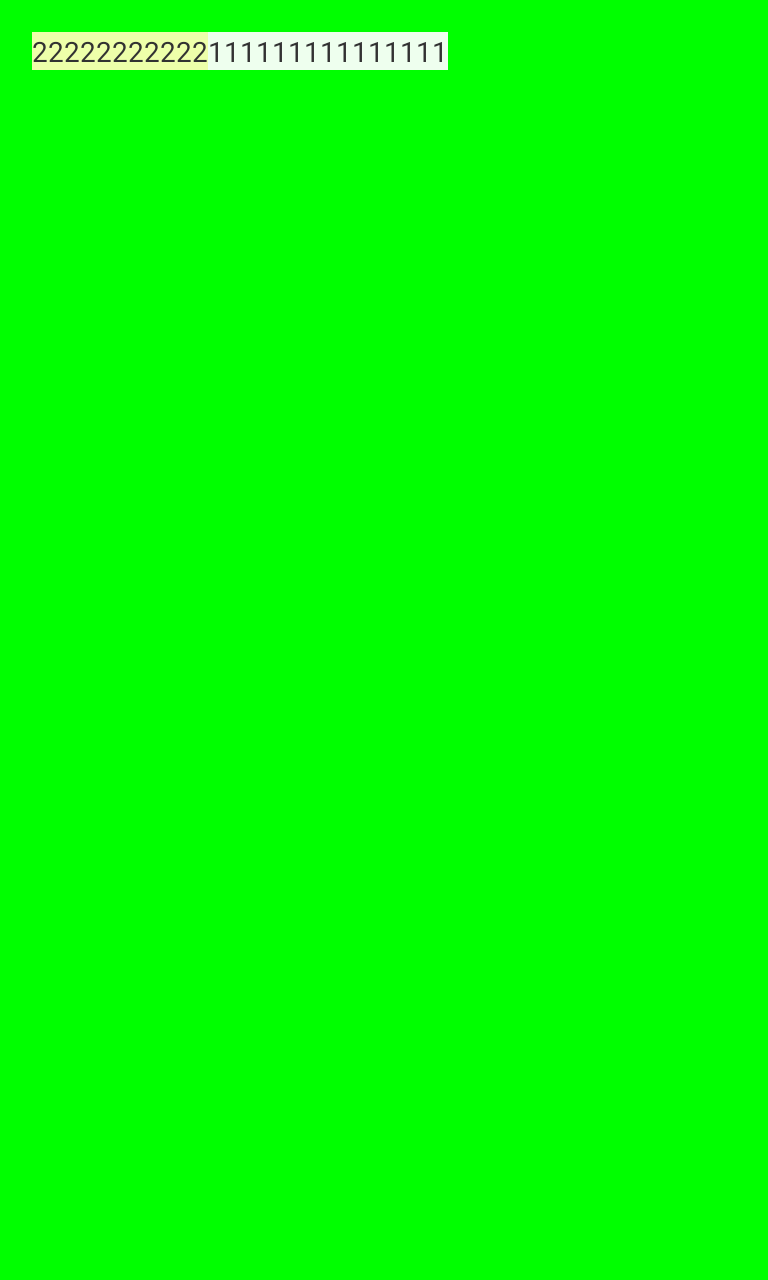
Repository: founderzhl/MarsAndroid
Layout: S01_E12_Weight/res/layout/activity_main.xml
The author's editor kept a copy of each file at every save. The layout is drawn from the files as they stood at one save, then again after the next save.
It is drawn on a 768 x 1280 px phone screen (xhdpi) without system bars, with theme AppTheme; the app's code is not run.

Above is the layout before, as saved 2015-01-15 16:06:11.

### S01_E12_Weight/res/layout/activity_main.xml
<LinearLayout xmlns:android="http://schemas.android.com/apk/res/android"
    xmlns:tools="http://schemas.android.com/tools"
    android:layout_width="match_parent"
    android:layout_height="match_parent"
    android:background="#00ff00"
    android:orientation="vertical"
    android:paddingBottom="@dimen/activity_vertical_margin"
    android:paddingLeft="@dimen/activity_horizontal_margin"
    android:paddingRight="@dimen/activity_horizontal_margin"
    android:paddingTop="@dimen/activity_vertical_margin"
    tools:context="com.example.s01_e12_weight.MainActivity" >

    <LinearLayout
        android:layout_width="match_parent"
        android:layout_height="match_parent" >

        <TextView
            android:layout_width="wrap_content"
            android:layout_height="wrap_content"
            android:background="#eeffaa"
            android:text="22222222222" />

        <TextView
            android:layout_width="wrap_content"
            android:layout_height="wrap_content"
            android:background="#eeffee"
            android:text="111111111111111" />

    </LinearLayout>



    <LinearLayout
        android:layout_width="match_parent"
        android:layout_height="match_parent" >
        <TextView
            android:layout_width="wrap_content"
            android:layout_height="wrap_content"
            android:layout_weight="1"
            android:background="#eeffaa"
            android:text="22222222222" />

        <TextView
            android:layout_width="wrap_content"
            android:layout_height="wrap_content"
            android:layout_weight="1"
            android:background="#eeffee"
            android:text="111111111111111" />

    </LinearLayout>

</LinearLayout>

Loaded but not shown: S01_E12_Weight/res/values/styles.xml (common file); S01_E12_Weight/res/values-v11/styles.xml (common file); S01_E12_Weight/res/values-v14/styles.xml (common file); S01_E12_Weight/res/values/dimens.xml (common file); S01_E12_Weight/res/values-w820dp/dimens.xml (common file)

After the next save:
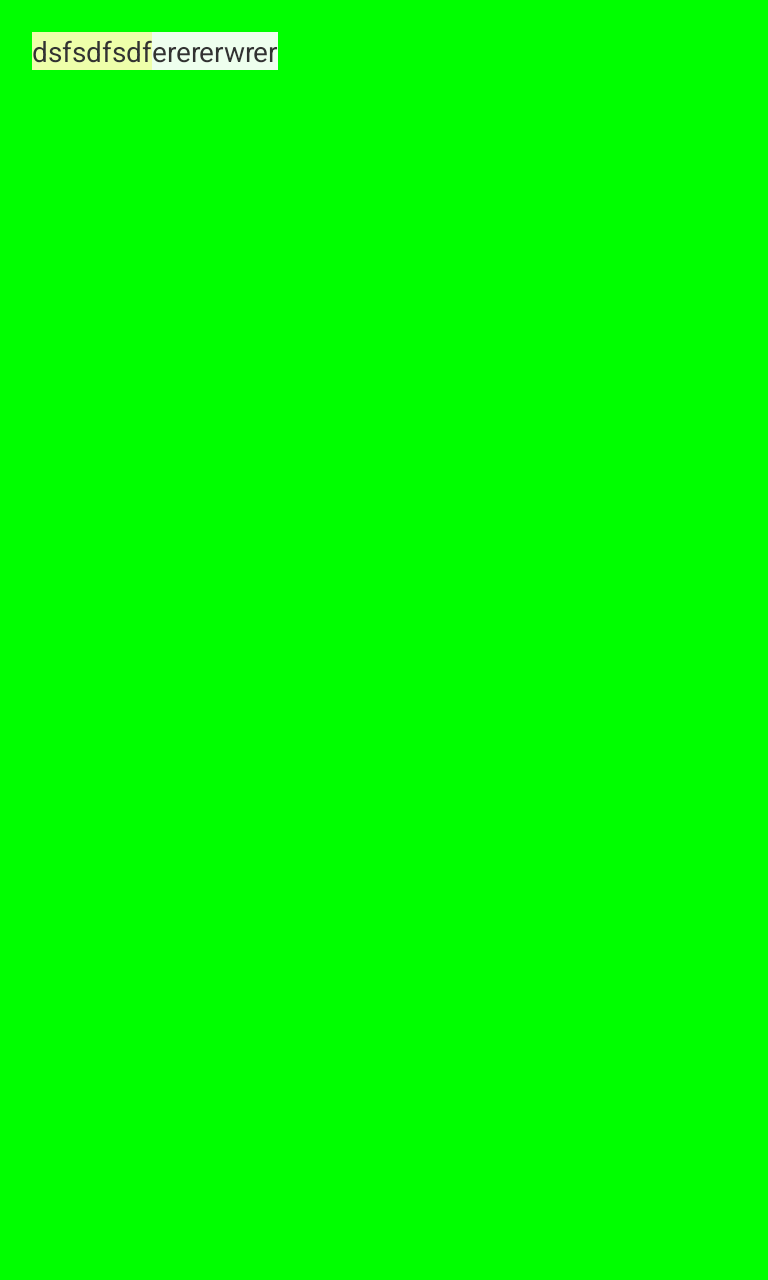
Saved 34 s later.
--- a/S01_E12_Weight/res/layout/activity_main.xml
+++ b/S01_E12_Weight/res/layout/activity_main.xml
@@ -18,13 +18,13 @@
             android:layout_width="wrap_content"
             android:layout_height="wrap_content"
             android:background="#eeffaa"
-            android:text="22222222222" />
+            android:text="dsfsdfsdf" />
 
         <TextView
             android:layout_width="wrap_content"
             android:layout_height="wrap_content"
             android:background="#eeffee"
-            android:text="111111111111111" />
+            android:text="erererwrer" />
 
     </LinearLayout>
 
